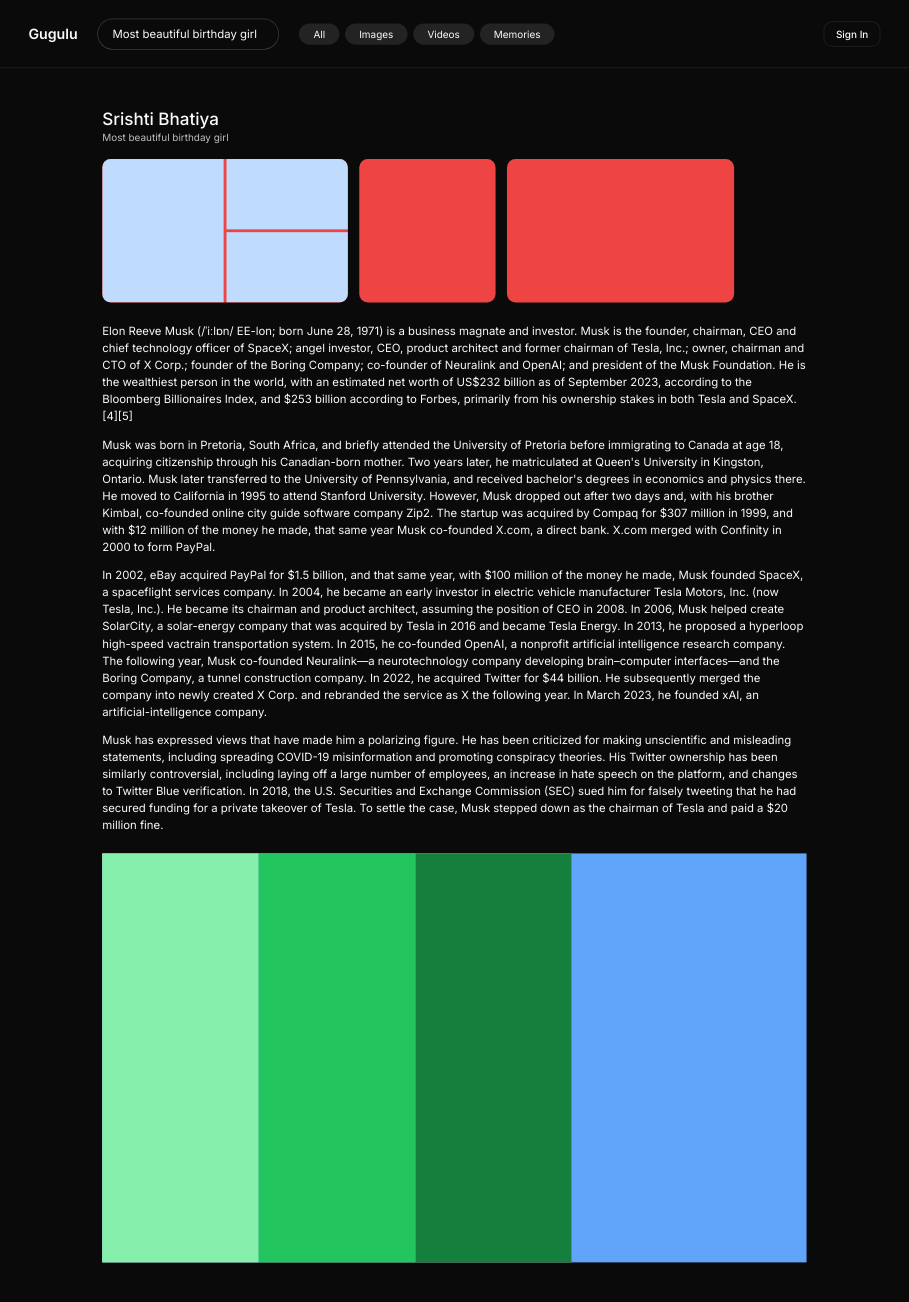
Repository: Harshgoel17/anshfinal
Page: /srishti
An editor plug-in stored every save of this project. The page is shown before and after the next save, followed by the edit.
The browser window is 1280 px wide. The pictures show the whole page, at 71% of full size.
The project was rebuilt for these pictures with package versions that can differ from the ones it lists, and the page was loaded fresh each time. The framework's server and built-in components were replaced by stand-ins that run in the browser. Also part of the build but not shown: next.config.js.

Above is the page before, as saved 2023-10-04 21:05:25.

After the next save:
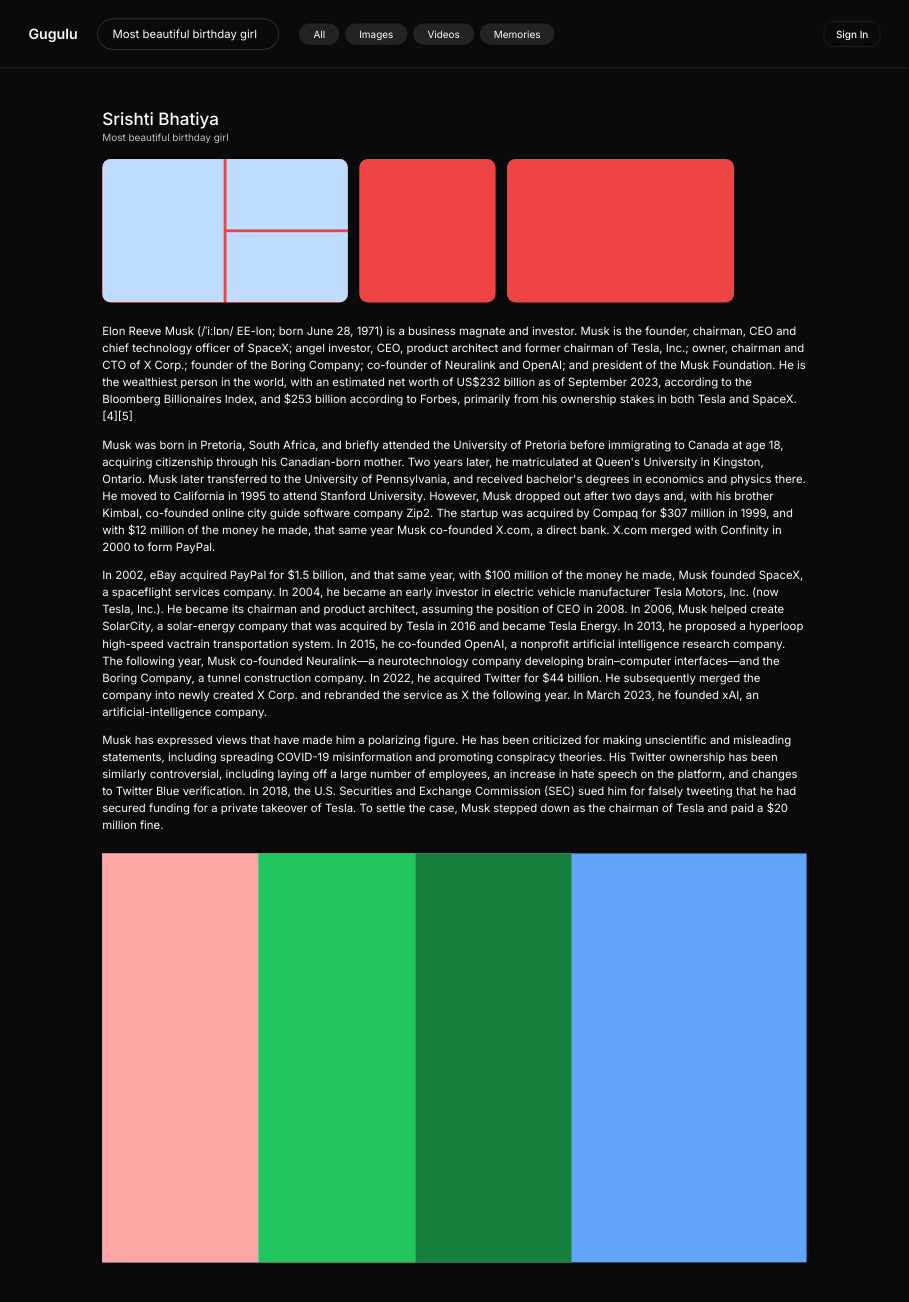
Saved 6 s later.
--- a/components/Gallery.jsx
+++ b/components/Gallery.jsx
@@ -5,7 +5,7 @@ const Gallery = () => {
     <div className='h-[80vh] flex'>
         <div className='grid grid-cols-3 h-full w-full flex-[2]  bg-blue-200'>
             <div className='flex flex-col h-full w-full bg-green-300'>
-                <span className='bg-red-300'></span>
+                <span className='bg-red-300 w-full h-full'></span>
             </div>
 
             <div className='flex flex-col h-full w-full bg-green-500'>
